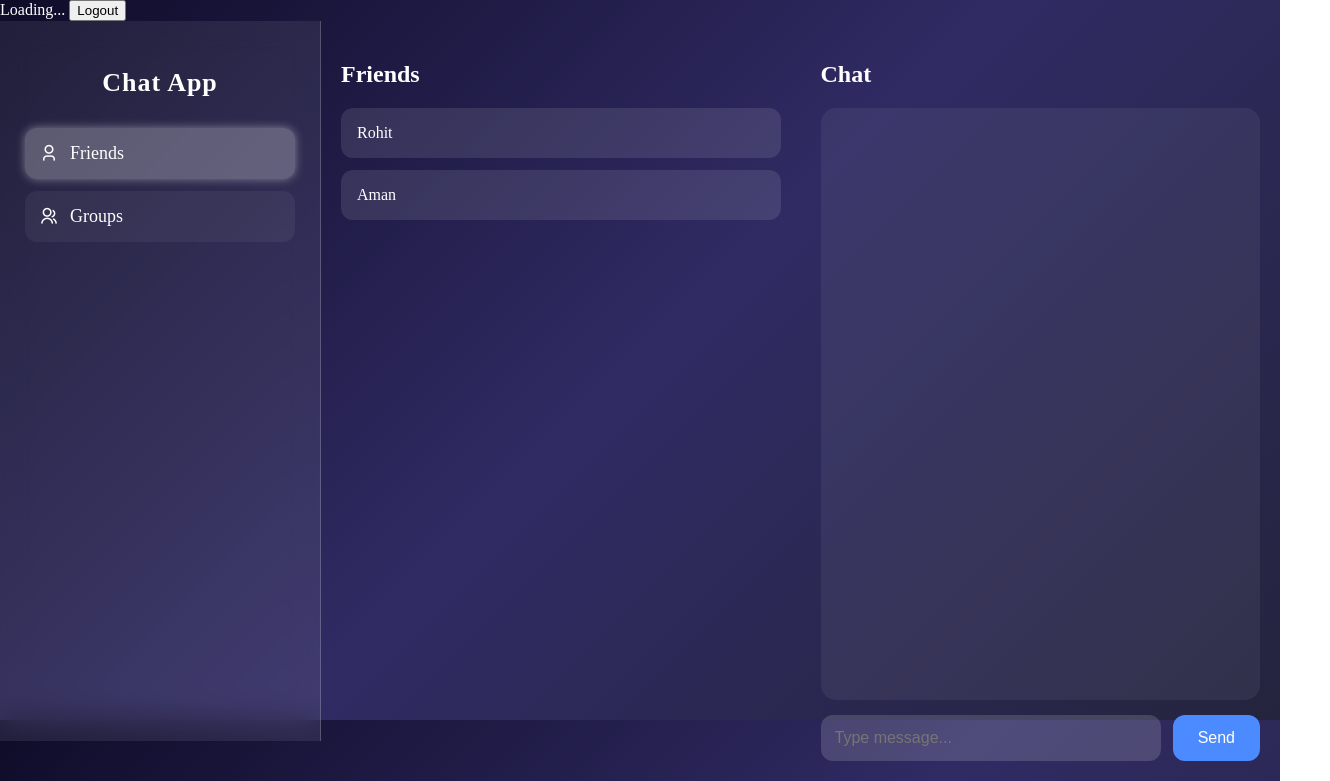
Repository: bharat132002/chat-app
Page: public/chat.html
An editor plug-in stored every save of this project. The page is shown before and after a run of saves, followed by the edit.
The browser window is 1280 px wide. The page is 1280 px wide, then 1330 px, so the pictures cover 1330 px, including what lies to the right of the window. The pictures show the whole page.

Above is the page before, as saved 2025-11-28 19:03:07.

After the next 2 saves:
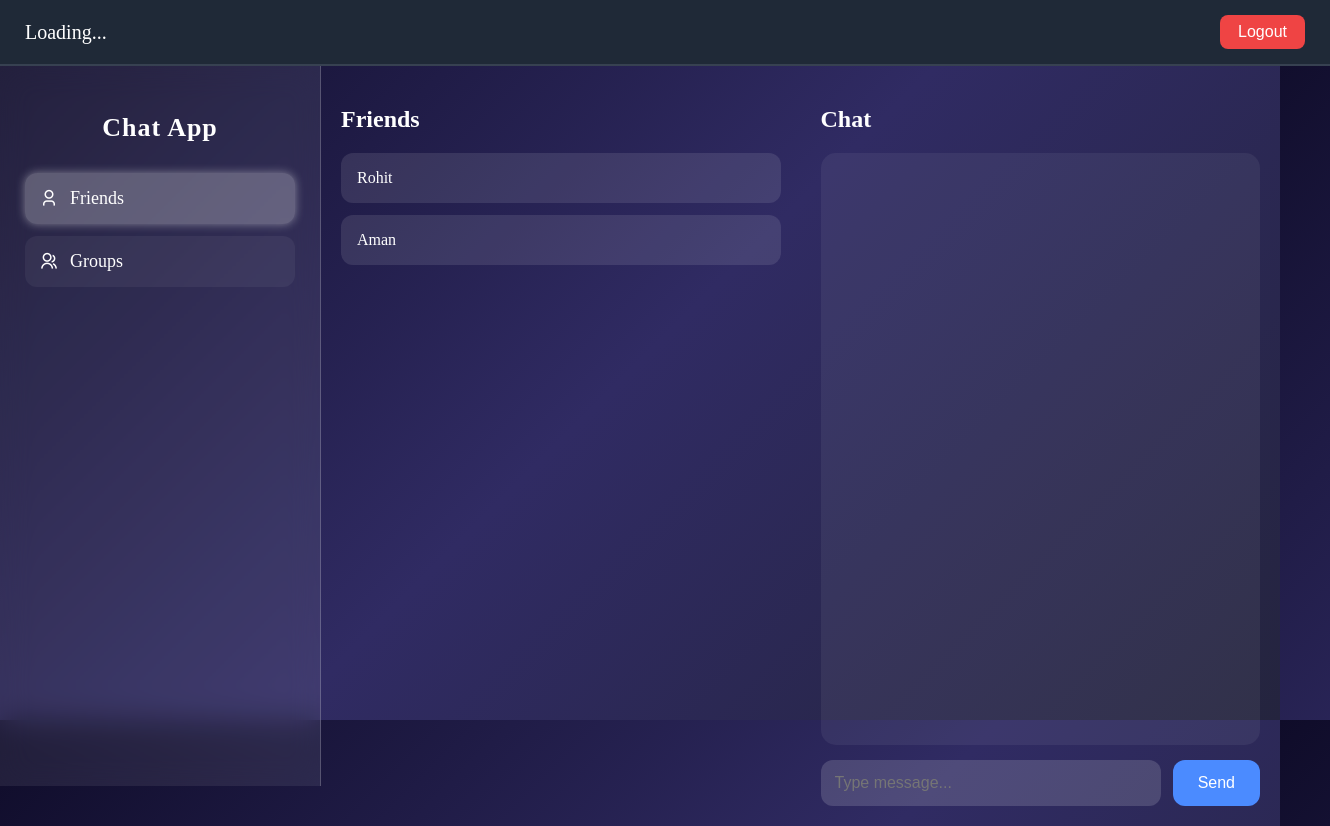
The 2 saves are shown as one change because they came seconds apart.
The last was saved 3 days later.
--- a/public/chat.html
+++ b/public/chat.html
@@ -165,6 +165,43 @@
             transform: scale(1.06);
             background: #6ea0ff;
         }
+        .top-bar {
+        width: 100%;
+        padding: 15px 25px;
+        background: #1f2937;
+        border-bottom: 2px solid #374151;
+        color: #fff;
+        display: flex;
+        justify-content: space-between;
+        align-items: center;
+        font-size: 20px;
+        animation: fadeDown 0.5s ease;
+    }
+
+    @keyframes fadeDown {
+        from { opacity: 0; transform: translateY(-20px); }
+        to   { opacity: 1; transform: translateY(0); }
+    }
+
+    .logout-btn {
+        background: #ef4444;
+        border: none;
+        padding: 8px 18px;
+        border-radius: 8px;
+        color: white;
+        font-size: 16px;
+        cursor: pointer;
+        transition: 0.3s;
+    }
+
+    .logout-btn:hover {
+        background: #dc2626;
+        transform: scale(1.05);
+    }
+
+    .chat-container {
+        padding: 20px;
+    }
 
     </style>
 </head>
